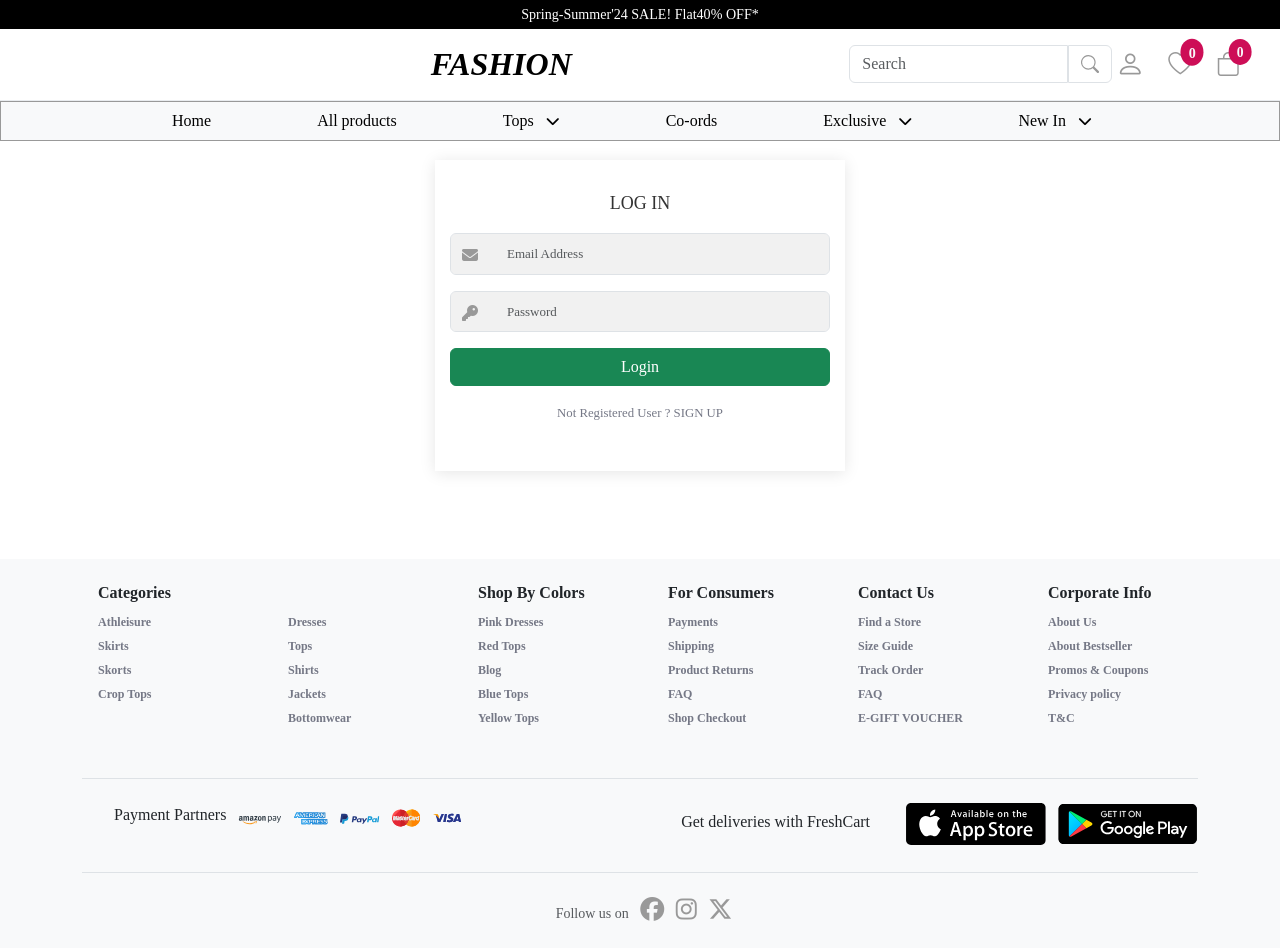
Repository: rutvija-mali/E-commerce
Page: http://localhost/my-fashion-app/login.jsp
The author's editor kept a copy of each file at every save. The page is drawn from the files as they stood at one save, then again after the next save.
The browser window is 1280 px wide. The pictures show the whole page.
Some web fonts or font styles are not loaded; a fallback is used. Some web libraries are served in a nearby version. The page is served by Tomcat 10. Other server files are loaded and not shown.

Above is the page before, as saved 2024-07-09 04:52:24.

### my-fashion-app/src/main/webapp/login.jsp
<%@ page language="java" contentType="text/html; charset=ISO-8859-1" pageEncoding="ISO-8859-1"%>
<%@ include file="../components/common.jsp" %>
<%@ taglib uri="http://java.sun.com/jsp/jstl/core" prefix="c" %>
<!DOCTYPE html>
<html>
<head>
<meta charset="ISO-8859-1">
 <script src="https://kit.fontawesome.com/c13edee66d.js" crossorigin="anonymous"></script>
 <link rel="icon" type="image/png" href="${pageContext.request.contextPath}/images/img.png" />
<title>Login</title>
<style>

</style>
</head>
<body>
   <div class="mb-5 pb-4">
     <%@ include file="./components/header.jsp" %>

   </div>
   <div class="container-fluid mt-5 pt-5" >
      <div class="login-box pb-5" >
         <div class="login-title">
            <div class="text-center">
                <p>LOG IN</p>
            </div>
         </div>
         <div class="login-form">
            <form action="${pageContext.request.contextPath}/loginServlet" method="post" class="needs-validation" novalidate id="emailForm">
                <div class="mb-3 group ">
                   <input type="email" class="form-control login-inputs "  name="email" placeholder="Email Address" id="email" required>
                   <i class="icon fa-solid fa-envelope"></i>

                </div>
                <div class="mb-3  group">
                    <input type="password" class="form-control  login-inputs"  name="password"  placeholder="Password" required>
                    <i class="icon fa-solid fa-key"></i>
                </div>

                <button type="submit" class="btn btn-success w-100">Login</button>
            </form>

            <div class="error-message " style="font-size:.7rem ;color:red; padding-top:2px; margin-top: 5px; margin-left: 10px;">
                  <%= request.getAttribute("errorMessage") != null ? request.getAttribute("errorMessage") : "" %>
            </div>

         </div>
         <div class="login-form-footer d-flex justify-content-center">

            <div class="footer-items "><span>Not Registered User ? <a href="${pageContext.request.contextPath }/registor.jsp"> SIGN UP</a></span></div>
         </div>
     </div>
   </div>
  <%@ include file="./components/footer.jsp" %>
</body>
</html>

### my-fashion-app/src/main/webapp/components/common.jsp
<link href="https://cdn.jsdelivr.net/npm/bootstrap@5.3.3/dist/css/bootstrap.min.css" rel="stylesheet" integrity="sha384-QWTKZyjpPEjISv5WaRU9OFeRpok6YctnYmDr5pNlyT2bRjXh0JMhjY6hW+ALEwIH" crossorigin="anonymous">
<link rel="stylesheet" type="text/css" href="${pageContext.request.contextPath}/other/stylesheet.css?modified=20012009">
  <!-- Owl Carousel CSS -->
  <link rel="stylesheet" href="https://cdnjs.cloudflare.com/ajax/libs/OwlCarousel2/2.3.4/assets/owl.carousel.min.css" integrity="sha512-tS3S5qG0BlhnQROyJXvNjeEM4UpMXHrQfTGmbQ1gKmelCxlSEBUaxhRBj/EFTzpbP4RVSrpEikbmdJobCvhE3g==" crossorigin="anonymous" referrerpolicy="no-referrer" />
  <link rel="stylesheet" href="https://cdnjs.cloudflare.com/ajax/libs/OwlCarousel2/2.3.4/assets/owl.theme.default.min.css" integrity="sha512-sMXtMNL1zRzolHYKEujM2AqCLUR9F2C4/05cdbxjjLSRvMQIciEPCQZo++nk7go3BtSuK9kfa/s+a4f4i5pLkw==" crossorigin="anonymous" referrerpolicy="no-referrer" />
   <!-- Bootstrap Icons CSS -->
    <link href="https://cdnjs.cloudflare.com/ajax/libs/bootstrap-icons/1.8.1/font/bootstrap-icons.min.css" rel="stylesheet">

  <!-- jQuery -->
  <script src="https://cdnjs.cloudflare.com/ajax/libs/jquery/3.7.1/jquery.min.js" integrity="sha512-v2CJ7UaYy4JwqLDIrZUI/4hqeoQieOmAZNXBeQyjo21dadnwR+8ZaIJVT8EE2iyI61OV8e6M8PP2/4hpQINQ/g==" crossorigin="anonymous" referrerpolicy="no-referrer"></script>
  <!-- Owl Carousel JS -->
  <script src="https://cdnjs.cloudflare.com/ajax/libs/OwlCarousel2/2.3.4/owl.carousel.min.js" integrity="sha512-bPs7Ae6pVvhOSiIcyUClR7/q2OAsRiovw4vAkX+zJbw3ShAeeqezq50RIIcIURq7Oa20rW2n2q+fyXBNcU9lrw==" crossorigin="anonymous" referrerpolicy="no-referrer"></script>

<!--bootstrap  -->
<script src="https://cdnjs.cloudflare.com/ajax/libs/popper.js/2.11.6/umd/popper.min.js"></script>
<script src="https://cdn.jsdelivr.net/npm/bootstrap@5.3.3/dist/js/bootstrap.bundle.min.js" integrity="sha384-YvpcrYf0tY3lHB60NNkmXc5s9fDVZLESaAA55NDzOxhy9GkcIdslK1eN7N6jIeHz" crossorigin="anonymous"></script>
<script src="https://kit.fontawesome.com/c13edee66d.js" crossorigin="anonymous"></script>



<link rel="preconnect" href="https://fonts.googleapis.com">
<link rel="preconnect" href="https://fonts.gstatic.com" crossorigin>
<link href="https://fonts.googleapis.com/css2?family=Noto+Sans:ital,wght@0,100..900;1,100..900&family=Wittgenstein:ital,wght@0,400..900;1,400..900&display=swap" rel="stylesheet">

### my-fashion-app/src/main/webapp/components/imports.jsp
<%@ page language="java" contentType="text/html; charset=ISO-8859-1"
    pageEncoding="ISO-8859-1"%>
 <%@ page import="com.demo.product.Product" %>
<%@ page import="com.demo.product.ProductDao" %>
<%@ page import="com.demo.category.Category" %>
<%@ page import="com.demo.category.CategoryDao" %>
<%@ page import="com.demo.helper.Reduce" %>
<%@ page import="java.util.List" %>
<%@ page import="java.util.HashSet" %>
<%@ page import="java.util.Set" %>
<%@ page import="java.io.File" %>
<%@ page import="com.demo.User" %>
<%@ page import="com.demo.UserDao" %>
<%@ page import="com.demo.utility.Cart" %>
<%@ page import="com.demo.dao.CartDao" %>
<%@ page import="com.demo.order.MyOrder" %>
<%@ page import="com.demo.order.OrderDao" %>

<%@ taglib uri="http://java.sun.com/jsp/jstl/core" prefix="c" %>

### my-fashion-app/src/main/webapp/components/footer.jsp
<%@ page language="java" contentType="text/html; charset=ISO-8859-1"
    pageEncoding="ISO-8859-1"%>
<footer class="footer pt-lg-5 pt-4 position-sticky bootom-0">
  <div class=" bg-light" id="footer">
    <div class="container">
       <div class="row py-4">
       <div class="col-lg-4 col-md-12 col-12 mb-sm-4 ">
         <h6 class="mb-2 px-3">Categories</h6>
         <div class="row">
           <div class="col-6 ">
             <ul class="nav flex-column">
               <li class="nav-item mb-0"><a href="#!" class="nav-link">Athleisure </a></li>
               <li class="nav-item mb-0"><a href="#!" class="nav-link">Skirts </a></li>
               <li class="nav-item mb-0"><a href="#!" class="nav-link">Skorts</a></li>
               <li class="nav-item mb-0"><a href="#!" class="nav-link">Crop Tops </a></li>
             </ul>
           </div>
           <div class="col-6">
                <!-- list -->
              <ul class="nav flex-column">
                <li class="nav-item mb-0 "><a href="#!" class="nav-link">Dresses</a></li>
                <li class="nav-item mb-0"><a href="#!" class="nav-link">Tops </a></li>
                <li class="nav-item mb-0"><a href="#!" class="nav-link">Shirts  </a></li>
                <li class="nav-item mb-0"><a href="#!" class="nav-link">Jackets</a></li>
                <li class="nav-item mb-0"><a href="#!" class="nav-link">Bottomwear </a></li>
              </ul>

           </div>
         </div>
       </div>
       <div class="col-12 col-lg-8 col-md-12">
         <div class="row ">
           <div class="col-12 col-sm-12 col-md-3 pb-2 pb-md-0">
             <h6 class="mb-2 px-3">Shop By Colors</h6>
             <ul class="nav flex-column ">
               <li class="nav-item mb-0 "><a href="#!" class="nav-link">Pink Dresses</a></li>
               <li class="nav-item mb-0 "><a href="#!" class="nav-link">Red Tops</a></li>
               <li class="nav-item mb-0"><a href="#1" class="nav-link">Blog</a></li>
               <li class="nav-item mb-0"><a href="#!" class="nav-link">Blue Tops</a></li>
               <li class="nav-item mb-0"><a href="#!" class="nav-link">Yellow Tops</a></li>
             </ul>
           </div>
           <div class="col-6 col-sm-6 col-md-3 pb-2 pb-md-0">
             <h6 class="mb-2 px-3">For Consumers</h6>
             <ul class="nav flex-column">
                   <!-- list -->
               <li class="nav-item mb-0"><a href="#!" class="nav-link">Payments</a></li>
               <li class="nav-item mb-0"><a href="#!" class="nav-link">Shipping</a></li>
               <li class="nav-item mb-0"><a href="#!" class="nav-link">Product Returns</a></li>
               <li class="nav-item mb-0"><a href="#!" class="nav-link">FAQ</a></li>
               <li class="nav-item mb-0"><a href="./pages/shop-checkout.html" class="nav-link">Shop Checkout</a></li>
             </ul>
           </div>
           <div class="col-6 col-sm-6 col-md-3 pb-2 pb-md-0">
             <h6 class="mb-2 px-3">Contact Us</h6>
             <ul class="nav flex-column">
                 <!-- list -->
               <li class="nav-item mb-0"><a href="#!" class="nav-link">Find a Store </a></li>
               <li class="nav-item mb-0"><a href="#!" class="nav-link">Size Guide</a></li>
               <li class="nav-item mb-0"><a href="#!" class="nav-link">Track Order</a></li>
               <li class="nav-item mb-0"><a href="#!" class="nav-link">FAQ</a></li>
               <li class="nav-item mb-0"><a href="#!" class="nav-link">E-GIFT VOUCHER</a></li>
             </ul>
           </div>
           <div class="col-6 col-sm-6 col-md-3 pb-2 pb-md-0">
             <h6 class="mb-2 px-3">Corporate Info</h6>
             <ul class="nav flex-column">
                 <!-- list -->
               <li class="nav-item mb-0"><a href="#!" class="nav-link">About Us</a></li>
               <li class="nav-item mb-0"><a href="#!" class="nav-link">About Bestseller</a></li>
               <li class="nav-item mb-0"><a href="#!" class="nav-link">Promos &amp; Coupons</a></li>
               <li class="nav-item mb-0"><a href="#!" class="nav-link">Privacy policy</a></li>
               <li class="nav-item mb-0"><a href="#!" class="nav-link">T&C</a></li>
             </ul>
           </div>
         </div>
       </div>
     </div>
     <div class="border-top py-4">
       <div class="row">
         <div class="col-lg-5">
           <ul>
             <li class="list-inline-item text-dark">Payment Partners</li>
             <li class="list-inline-item"><a href="!#"><img src="images/footer/amazonpay.svg" alt="amazon logo"></a>
             </li>
             <li class="list-inline-item">
               <a href="!#"><img src="${pageContext.request.contextPath}/images/footer/american-express.svg" alt=""></a>
             </li>
             <li class="list-inline-item">
               <a href="#!"><img src="images/footer/paypal.svg" alt=""></a>
             </li>
             <li class="list-inline-item">
               <a href="#!"><img src="images/footer/mastercard.svg" alt=""></a>
             </li>
             <li class="list-inline-item">
               <a href="#!"><img src="images/footer/visa.svg" alt=""></a>
             </li>
           </ul>
         </div>
         <div class="col-lg-7 ">
            <ul class="list-inline mb-0 text-lg-end text-center">
             <li class="list-inline-item mb-0  text-dark">Get deliveries with FreshCart</li>
             <li class="list-inline-item ms-4">
               <a href="#!"> <img src="images/footer/appstore-btn.svg" alt="" style="width: 140px;"></a></li>
             <li class="list-inline-item">
               <a href="#!"> <img src="images/footer/googleplay-btn.svg" alt="" style="width: 140px;"></a></li>

            </ul>
         </div>
       </div>
     </div>
     <div class="border-top py-4">
       <div class="d-flex justify-content-center " id="social_media">
         <div class="text-muted"><small><p class="px-2 d-inline">Follow us on</p>
          <li class="list-inline-item px-0">
            <a href="!#" class="fs-4 ">
              <i class="fa-brands fa-facebook"></i>
            </a>
          </li>
         <li class="list-inline-item">
            <a href="!#" class="fs-4 ">
              <i class="fa-brands fa-instagram"></i>
            </a>
          </li>
         <li class="list-inline-item">
            <a href="!#" class="fs-4 ">
              <i class="fa-brands fa-x-twitter"></i>
            </a>
          </li>
         </small>

         </div>
       </div>
     </div>

    </div>
  </div>
</footer>

### my-fashion-app/src/main/webapp/other/stylesheet.css
@charset "ISO-8859-1";
 :root{
      --offcanvas-width :270px;
      --topNavbarHeight:56px;



      --light-grey:#999;
      --pink:#CD0E57;
      --dark-grey:#757886;
      --general:#333;
      --white:#fff;
      --black:#000000;

     }
body,button{
    font-family:"Wittgenstein", serif;
    margin: 0px !important;
    padding: 0px;

}
#container{
	margin-top:10%;


}
h1, h2, h3, h4, h5, h6 {
    font-family:"Wittgenstein", serif ;

}
#brand-name{
	 font-family:"Wittgenstein", serif ;
	 font-style: italic;
	 font-weight: 800;
	 font-size: 2rem;
}
#first-nav{
    font-size: 88%;
}


/*header css*/
.navbar .dropdown .dropdown-menu {
  display: block;
  visibility: hidden;
  opacity: 0;
  transition: visibility 0s, opacity 0.3s ease-in-out;
  transform:translateX(-40%) translateY(10%);


}


.navbar .dropdown .dropdown-menu.show {
  visibility: visible;
  opacity: 1;
}

.login-box{
    background-color:var(--white);
    box-shadow: 0 2px 15px rgba(0, 0, 0, .1);
    padding: 30px 15px 20px 15px;
    max-width: 410px;
    margin: 40px auto;
    padding-bottom: 25px;
}
.login-bottom,.login-bottom a{
    color: var(--light-grey);
    font-size: .8rem;

    margin-top: 6%;
}

.group{
    position: relative;

}
.group .form-control{
   left: .5rem;
   padding-left: 3.5rem;
   background-color: #f1f1f1;
   color:var(--light-grey);
   font-size: 13px;
   padding-top: 10px;
   padding-bottom: 10px;


}

.icon{
    position: absolute;
    left: 0.75rem;
    top: 34%;
    color:var(--light-grey);


}
.login-title,.register-title{
  color:var(--general);
  font-size: 18px;

}

/*login form css*/
#login-form-container{

}
.login-form-footer .footer-items span,.login-form-footer .footer-items a{
	color:var(--dark-grey);
    font-size: .8rem;

    margin-top: 6%;
}

/*logout css*/
.logout-1{
	color:var(--light-grey);
	font-size: 13px;

}
 ul li a{
 text-decoration: none;

}
.logout-1 ul li a {
	color:var(--light-grey);
}
h2{
	color:var(--general);
	margin-top:.0%;
}
.container-fluid .logout-para p{
	color:#333;

	font-size: .8rem;
}

/*alert message*/
#alert-message {

	margin-top:15px;
	margin-left: var(--offcanvas-width);
	width: calc(100% - var(--offcanvas-width));
}
  @media (max-width: 998px) {

      #alert-message{
        margin-left: 0px !important;
        width: 100% !important;
      }
    }

    /* category */
    .category-image {
      height:100%; /* Set the desired height */
      width:100%;   /* Adjust width to maintain aspect ratio */

    }
 /*footer css*/
 .footer li a{

    line-height: 0.5rem;
    font-size: 0.75rem;
    font-weight: 300;

    }
    .footer li .nav-link{
        color: var(--dark-grey);
        font-weight: 600;
    }
    .footer li .nav-link:hover{
        color:#000;
    }
    .footer h6{
        font-weight:550;
    }
    .footer #social_media li a i{
     color:var(--light-grey);
    }

    .footer #social_media li a i:hover{
      color:#000 !important;

    }
    #footer{
      background-color: var(--light-grey);
    }
    /*owl carsousel*/

    .owl-nav .owl-prev,
    .owl-nav .owl-next {
      position: absolute;
      top: 45%;
      z-index: 1000;
      cursor: pointer;
      background: none;
      border: none;
      padding: 0 !important;
      color: #000;
      font-size: large;
      font-weight:bolder;
    }
    .owl-prev {

      left:30px !important;
    }
    .owl-next {

      right: 30px !important;
    }

	/*card css */
	.product-card .card{
        width: 100%;
        height: 60%;
     }
    .product-card .card .card-body .product-action a {
         display: none;
         background-color: rgb(246, 246, 231) /*var*/;
         color:var(--general);
         width: 60px;
         height: 30px;



      }

     .product-card .card:hover .product-action a{
        display: flex;
        justify-content: center;
        align-items: center;

     }

     .product-card .card .card-body h3{
        line-height: 1.9rem;
        font-size: 1.2rem;
        font-weight: 600;
      }
      a:link ,a:visited{
         text-decoration: none;
         color: var(--black);
         border-radius: 0.5rem;

        }
       .product-card .card .card-body {
           line-height: 0.5rem;
           font-size: 0.87rem;
            font-weight: 600;

      }
     .product-card .card #little-navigation{
        position: absolute;
        top: calc(40%);
        left: calc(50%);
        right: calc(50%);

      }
      .product-card .card #little-navigation a:hover{
        background-color: rgb(26, 26, 26);
        color: rgb(246, 246, 231) ;
      }
      .product-card .card:hover
       {
        transition: all 0.3s ease-in-out;
        transform: scale(1.002);
        box-shadow: 0 4px 8px rgba(0, 0, 0, 0.1);
       }
       .product-card .card .image-container{
         width: 100%;
         height:75%;
       }
/* second navbar */
#second-navbar{
	background-color: var(--white);
}
#second-navbar i,#second-navbar svg{
	color : var(--light-grey);

}
#second-navbar .badge{
	background-color: var(--pink);
}

#second-navbar #searched-btn:hover{
	background-color: var(--light-grey);
	color: var(--light-grey);
}
#second-navbar #searched-btn:hover svg{

	color: var(--white);
}

 .product-card #total-star,
  .product-card #original-price{

    color:var(--light-grey);
  }
   .product-card #price{
      color:var(--general);
   }

 #third-navbar-container{
      height: 40px;
      border: 0.1px solid var(--light-grey);
    }
    .nav-item.dropdown:hover .dropdown-menu{
      display: block;
      margin-top: 0px;
    }
    .dropdown-menu{
      transition: all 0.3s ease;

    }

Loaded but not shown: my-fashion-app/src/main/webapp/images/footer/appstore-btn.svg (36 lines, source omitted); my-fashion-app/src/main/webapp/images/footer/american-express.svg (31 lines, source omitted); my-fashion-app/src/main/webapp/images/footer/mastercard.svg (35 lines, source omitted); my-fashion-app/src/main/webapp/images/footer/googleplay-btn.svg (43 lines, source omitted); my-fashion-app/src/main/webapp/images/footer/amazonpay.svg (13 lines, source omitted); my-fashion-app/src/main/webapp/images/footer/paypal.svg (18 lines, source omitted); my-fashion-app/src/main/webapp/images/footer/visa.svg (20 lines, source omitted); my-fashion-app/src/main/webapp/components/header.jsp (278 lines, source omitted)

After the next save:
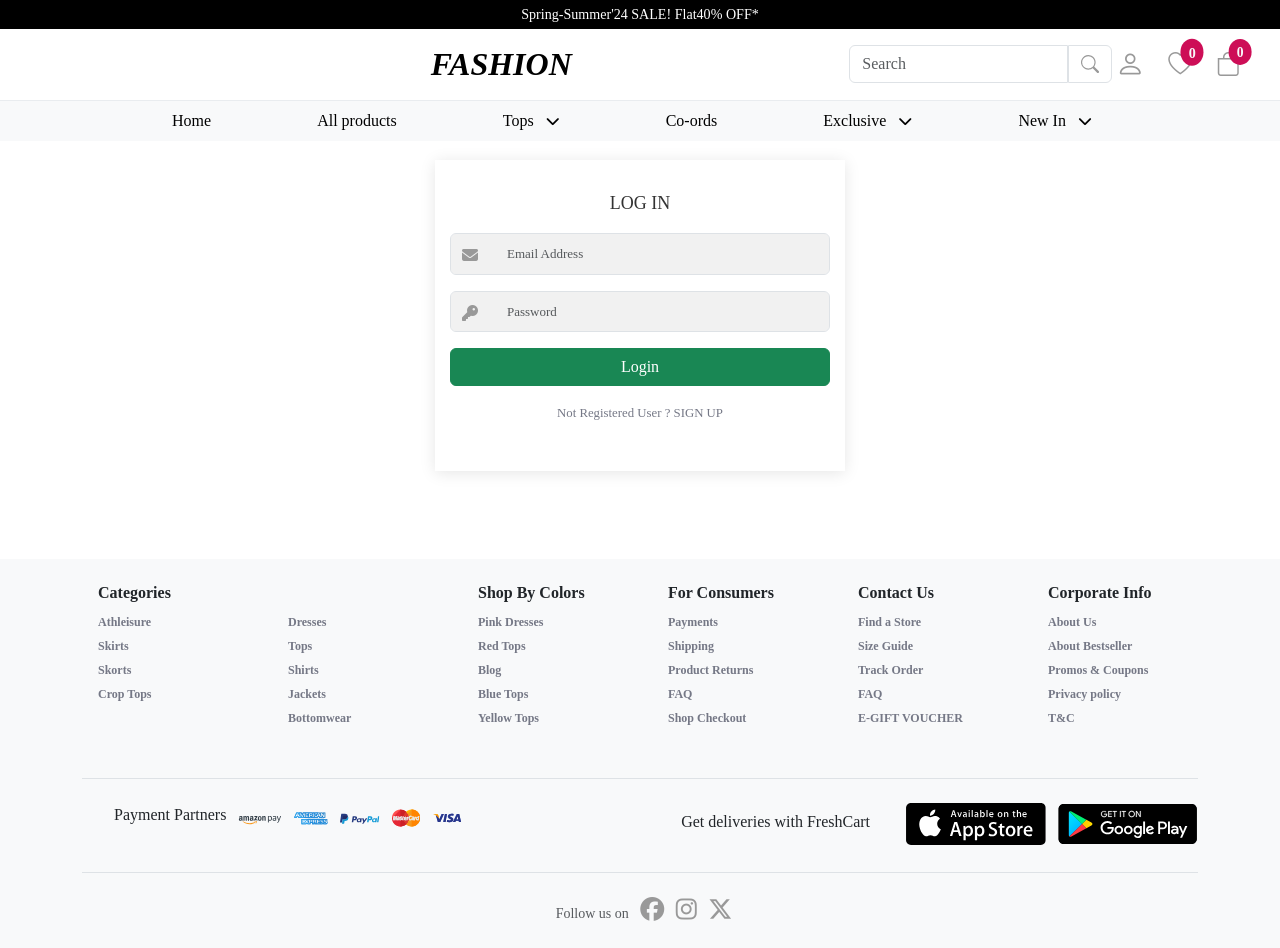
Saved 25 s later.
--- a/my-fashion-app/src/main/webapp/other/stylesheet.css
+++ b/my-fashion-app/src/main/webapp/other/stylesheet.css
@@ -302,7 +302,7 @@ h2{
 
  #third-navbar-container{
       height: 40px;
-      border: 0.1px solid var(--light-grey);
+
     }
     .nav-item.dropdown:hover .dropdown-menu{
       display: block;
